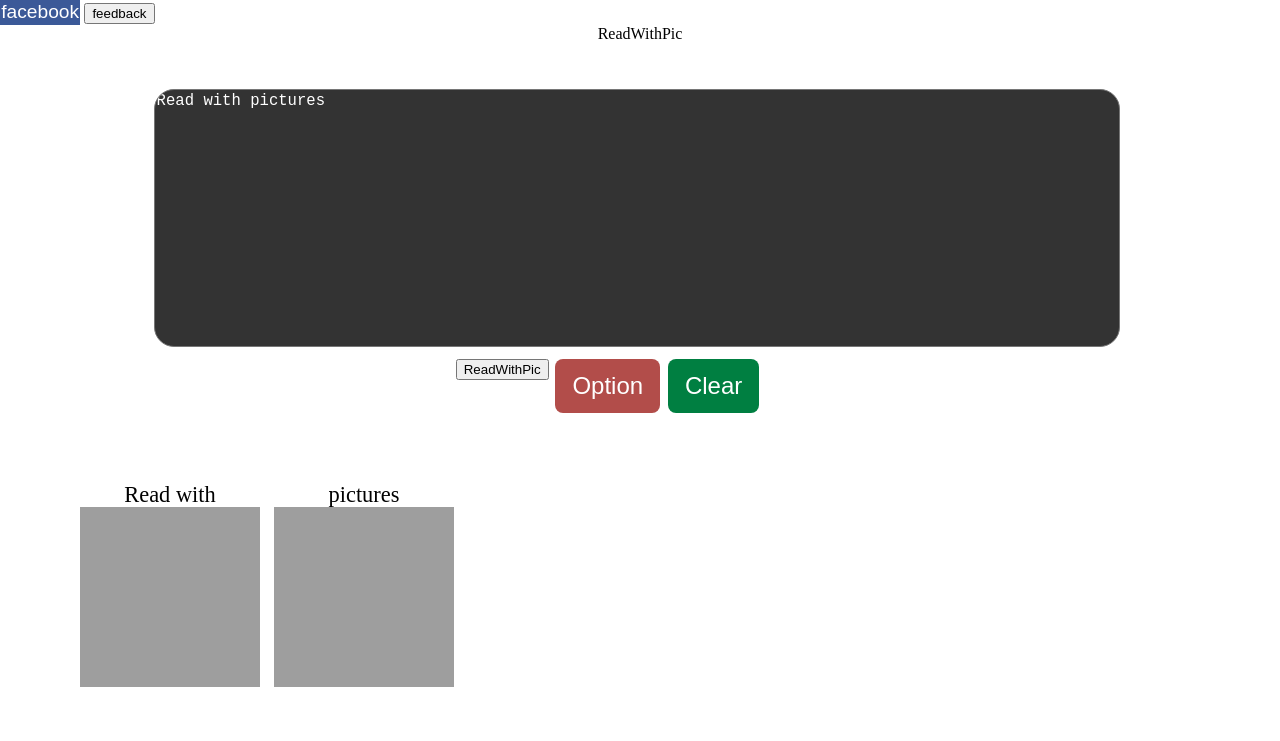
Repository: readwithpic/readwithpic.github.io
Page: index.html
The author's editor kept a record of every edit. The page is drawn from the files as they stood at one moment, then again after the next edit.
The browser window is 1280 px wide. The pictures show the whole page.
Pictures or frames that could not be fetched are drawn as grey boxes. Some web libraries are served in a nearby version.

Above is the page before.
Console error: TypeError: Cannot read properties of undefined (reading 'length')

After the next edit:
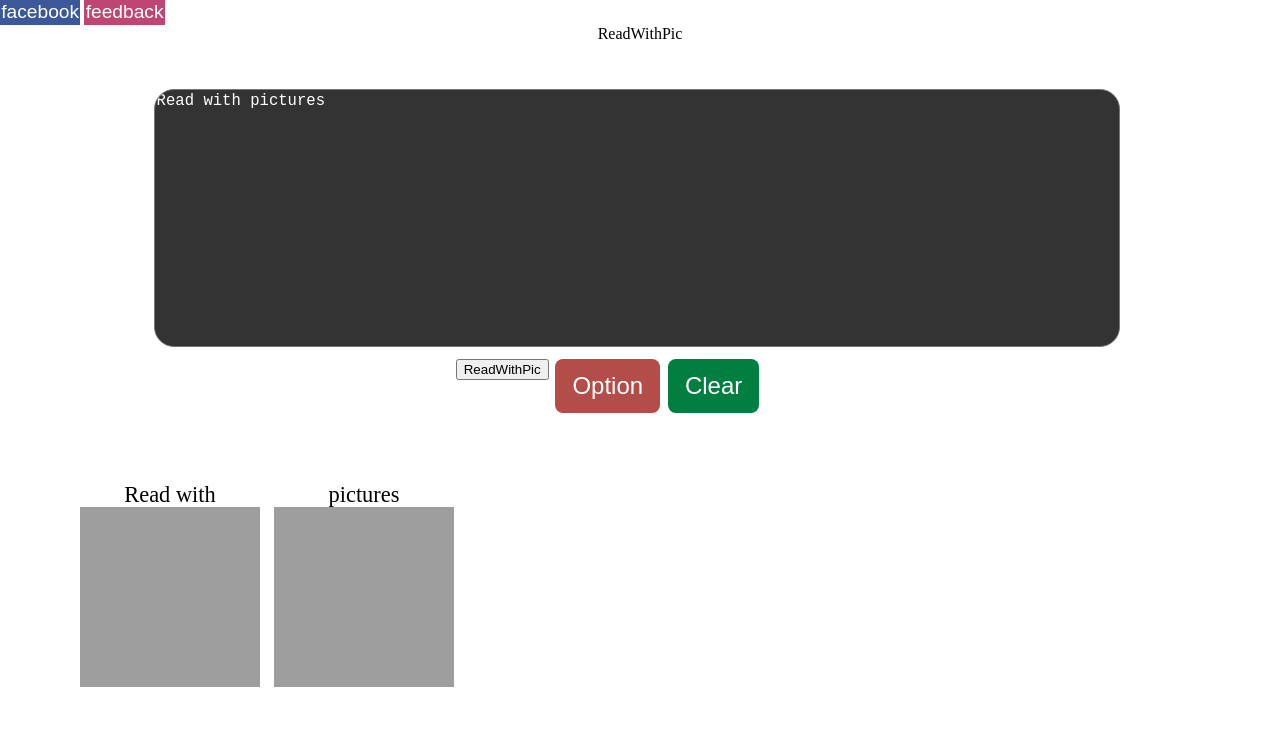
The edit:
--- a/index.html
+++ b/index.html
@@ -14,7 +14,7 @@
         <div class="social">
             <button type="button" id="facebook" onclick="window.open('https://www.facebook.com/readwithpic','_blank')">facebook
             </button>
-            <button type="button" class="feedback"  onclick="window.open('https://www.facebook.com/readwithpic','_blank')">feedback
+            <button type="button" id="feedback"  onclick="window.open('https://www.facebook.com/readwithpic','_blank')">feedback
             </button>
         </div>
         <div class="logo"><a href="http://readwithpic.github.io" class="linkColor">ReadWithPic</a>

After the 2 edits that followed:
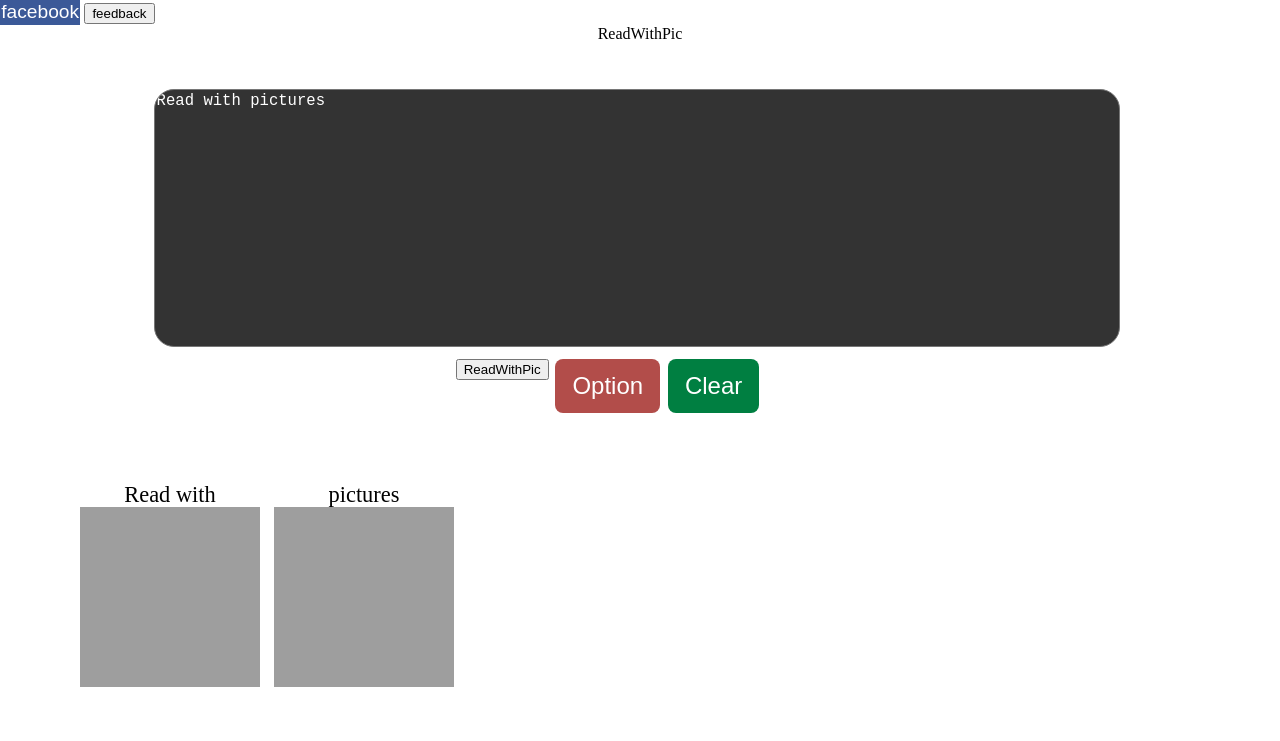
The 2 edits are shown as one change because 1 left the picture as it was.
The edit:
--- a/index.html
+++ b/index.html
@@ -14,7 +14,7 @@
         <div class="social">
             <button type="button" id="facebook" onclick="window.open('https://www.facebook.com/readwithpic','_blank')">facebook
             </button>
-            <button type="button" id="feedback"  onclick="window.open('https://www.facebook.com/readwithpic','_blank')">feedback
+            <button type="button" class="feedback"  onclick="window.open('https://www.facebook.com/readwithpic','_blank')">feedback
             </button>
         </div>
         <div class="logo"><a href="http://readwithpic.github.io" class="linkColor">ReadWithPic</a>
